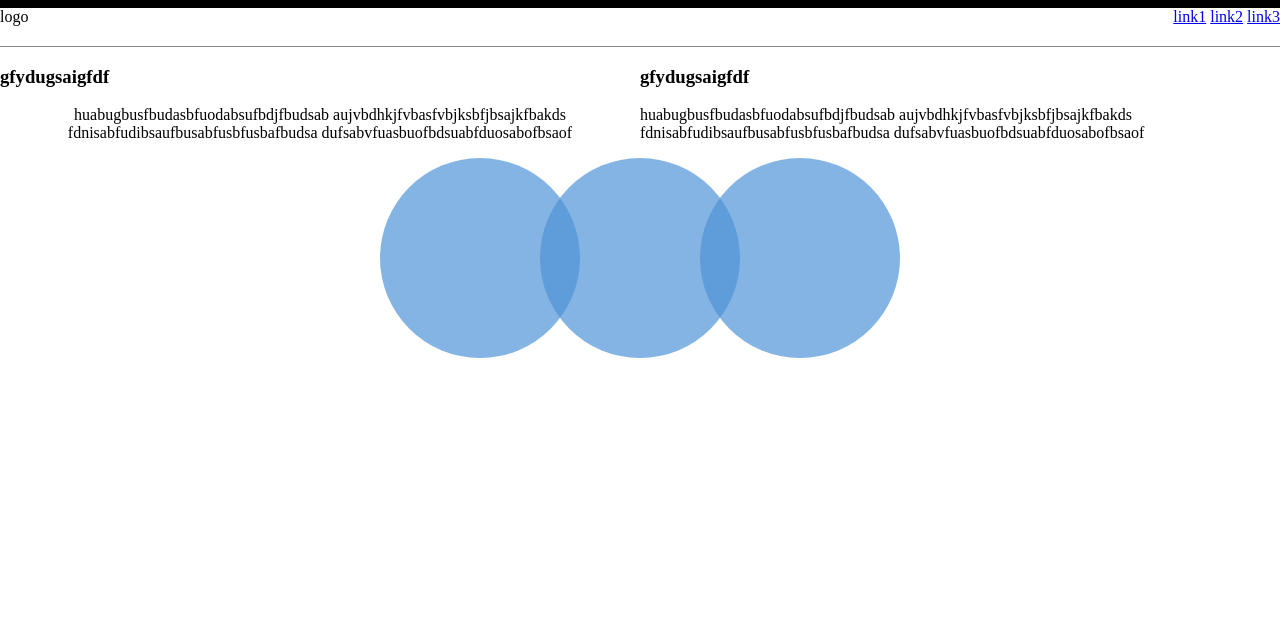
Repository: Gumiin/studia
Page: lesson 2/index.html
An editor plug-in stored every save of this project. The page is shown before and after the next save, followed by the edit.
The browser window is 1280 px wide. The pictures show the whole page.

Above is the page before, as saved 2021-03-17 17:34:25.

### lesson 2/index.html
<!DOCTYPE html>
<html lang="en">
<head>
    <meta charset="UTF-8">
    <meta http-equiv="X-UA-Compatible" content="IE=edge">
    <meta name="viewport" content="width=device-width, initial-scale=1.0">
    <title>Document</title>
    <link rel="stylesheet" href="style.css">
</head>
<body>
    <div id="header-bar"></div>
    <div id="header">
        <div id="logo">
            logo
        </div>
        <div id="navigation">
            <a href="#">link1</a>
            <a href="#">link2</a>
            <a href="#">link3</a>
        </div>
    </div>
    <div id="news">
        <div id="news1">
            <h3>gfydugsaigfdf</h3>
            <p>huabugbusfbudasbfuodabsufbdjfbudsab
                aujvbdhkjfvbasfvbjksbfjbsajkfbakds
                fdnisabfudibsaufbusabfusbfusbafbudsa
                dufsabvfuasbuofbdsuabfduosabofbsaof
            </p>
        </div>
        <div id="news2">
            <h3>gfydugsaigfdf</h3>
            <p>huabugbusfbudasbfuodabsufbdjfbudsab
                aujvbdhkjfvbasfvbjksbfjbsajkfbakds
                fdnisabfudibsaufbusabfusbfusbafbudsa
                dufsabvfuasbuofbdsuabfduosabofbsaof
            </p>
        </div>
    </div>
    <div id="circles">
        <div id="circle1"></div>
        <div id="circle2"></div>
        <div id="circle3"></div>
    </div>
    <div id="footer"></div>
</body>
</html>

### lesson 2/style.css
body{
    margin:0px
}
#header-bar{
    height: 8px;
    background-color: black;
}
#header{
    display: flex;
    justify-content: space-between;
    padding-bottom: 20px;
    border-bottom: 1px solid #888;
}
#news{
    display: flex;
}
#news1 p{
    text-align: center;
}
#circles{
    display: flex;
    justify-content: center;
}
#circle1{
    background-color:  #5094d8;
    width: 200px;
    height: 200px;
    border-radius: 50%;
    opacity: 0.7;
}
#circle1:hover{
    opacity: 0.85;
}
#circle2{
    background-color:  #5094d8;
    width: 200px;
    height: 200px;
    border-radius: 50%;
    opacity: 0.7;
    margin-left: -40px;
}
#circle2:hover{
    opacity: 0.85;
}
#circle3{
    background-color:  #5094d8;
    width: 200px;
    height: 200px;
    border-radius: 50%;
    opacity: 0.7;
    margin-left: -40px;
}
#circle3:hover{
    opacity: 0.85;
}

After the next save:
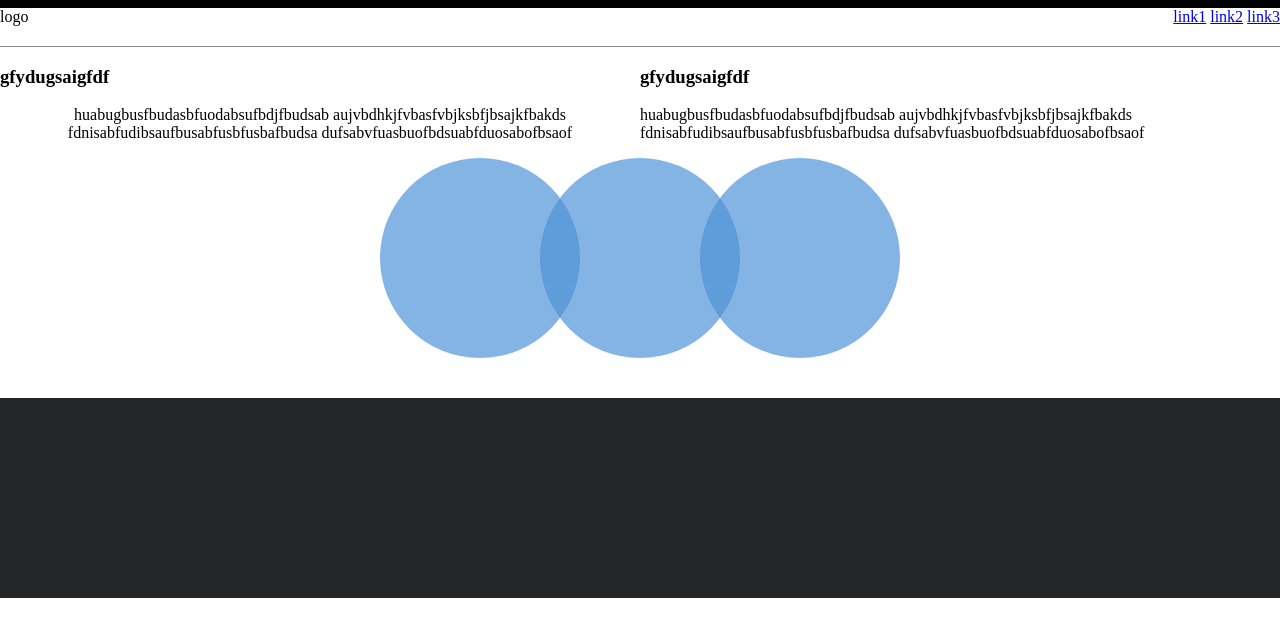
Saved 76 s later.
--- a/lesson 2/style.css
+++ b/lesson 2/style.css
@@ -53,3 +53,10 @@ body{
 #circle3:hover{
     opacity: 0.85;
 }
+#footer{
+    background-color: #252627;
+    background-image: ;
+    height: 200px;
+    margin-top: 40px;
+    color:#eee
+}
